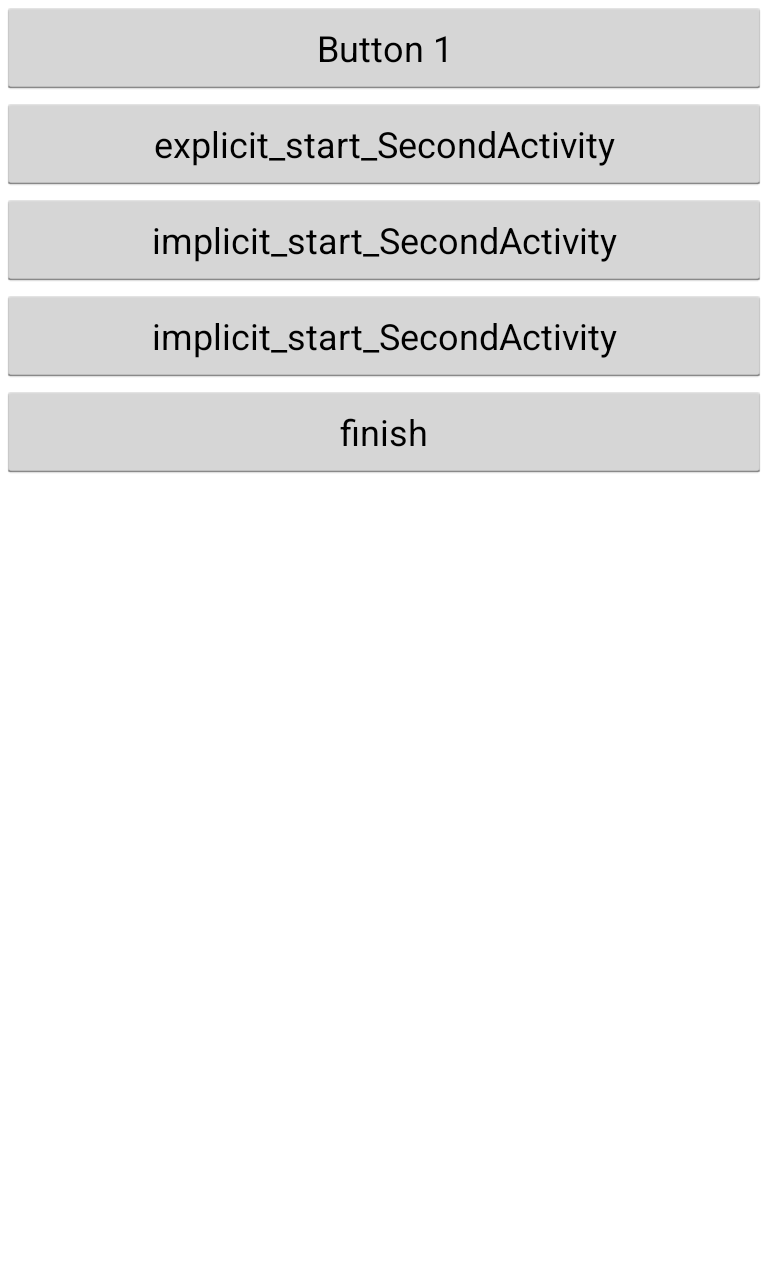
Repository: hohoTT/Android_summarize
Layout: ActivityTest/res/layout/first_layout.xml
An editor plug-in stored every save of this project. The layout is shown before and after the next save, followed by the edit.
It is drawn on a 768 x 1280 px phone screen (xhdpi) without system bars, with theme AppTheme; the app's code is not run.

Above is the layout before, as saved 2016-02-22 04:27:47.

### ActivityTest/res/layout/first_layout.xml
<?xml version="1.0" encoding="utf-8"?>
<LinearLayout xmlns:android="http://schemas.android.com/apk/res/android"
    android:layout_width="match_parent"
    android:layout_height="match_parent"
    android:orientation="vertical" >

    <Button
        android:id="@+id/button_1"
        android:layout_width="match_parent"
        android:layout_height="wrap_content"
        android:text="Button 1" />

    <Button
        android:id="@+id/button_explicit"
        android:layout_width="match_parent"
        android:layout_height="wrap_content"
        android:text="explicit_start_SecondActivity" />

    <Button
        android:id="@+id/button_implicit"
        android:layout_width="match_parent"
        android:layout_height="wrap_content"
        android:text="implicit_start_SecondActivity" />

    <Button
        android:id="@+id/button_baidu"
        android:layout_width="match_parent"
        android:layout_height="wrap_content"
        android:text="implicit_start_SecondActivity" />

    <Button
        android:id="@+id/button_finish"
        android:layout_width="match_parent"
        android:layout_height="wrap_content"
        android:text="finish" />

</LinearLayout>

Loaded but not shown: ActivityTest/res/values/styles.xml (common file); ActivityTest/res/values-v11/styles.xml (common file); ActivityTest/res/values-v14/styles.xml (common file)

After the next save:
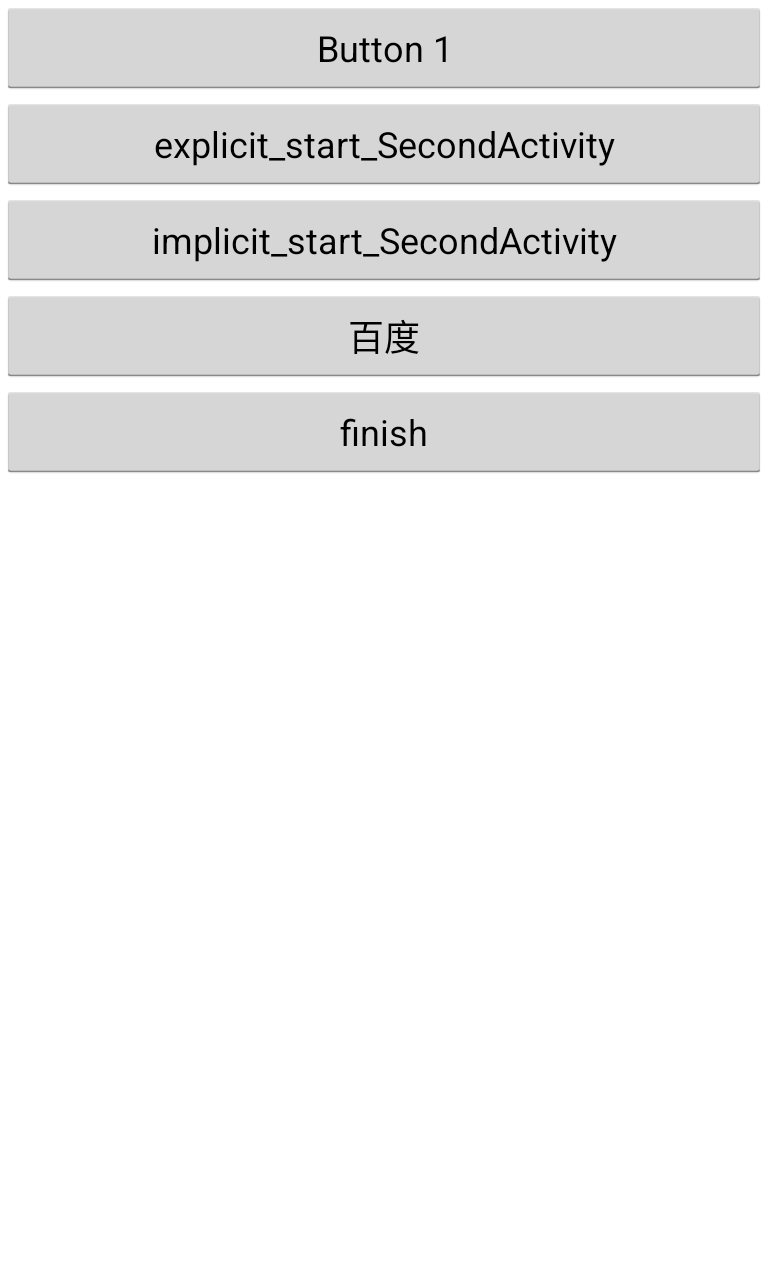
Saved 7 s later.
--- a/ActivityTest/res/layout/first_layout.xml
+++ b/ActivityTest/res/layout/first_layout.xml
@@ -26,7 +26,7 @@
         android:id="@+id/button_baidu"
         android:layout_width="match_parent"
         android:layout_height="wrap_content"
-        android:text="implicit_start_SecondActivity" />
+        android:text="百度" />
 
     <Button
         android:id="@+id/button_finish"
